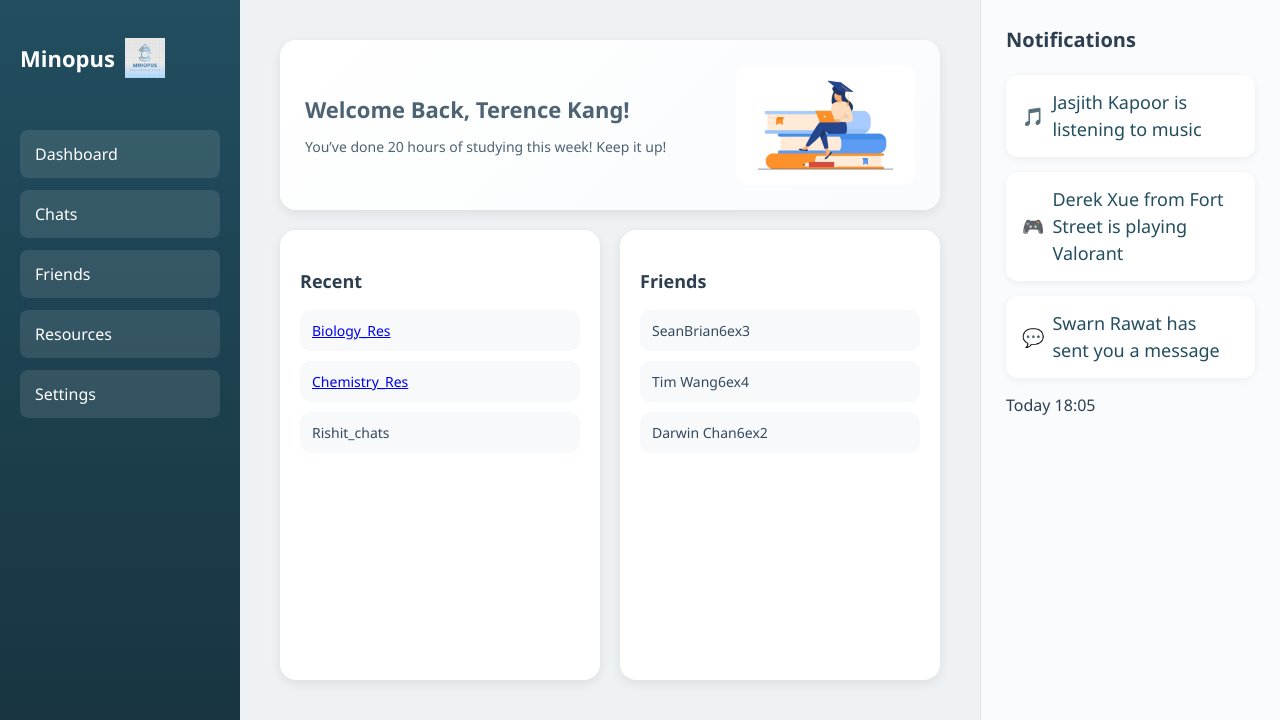
Repository: AUTemmie/Assessment-Task-3
Page: http://localhost/
The author's editor kept a copy of each file at every save. The page is drawn from the files as they stood at one save, then again after the next save.
The browser window is 1280 px wide. The pictures show the whole page.
The page is served by the project's application, run on Flask 3 (main.py).

Above is the page before, as saved 2025-09-25 12:27:47.

After the next save:
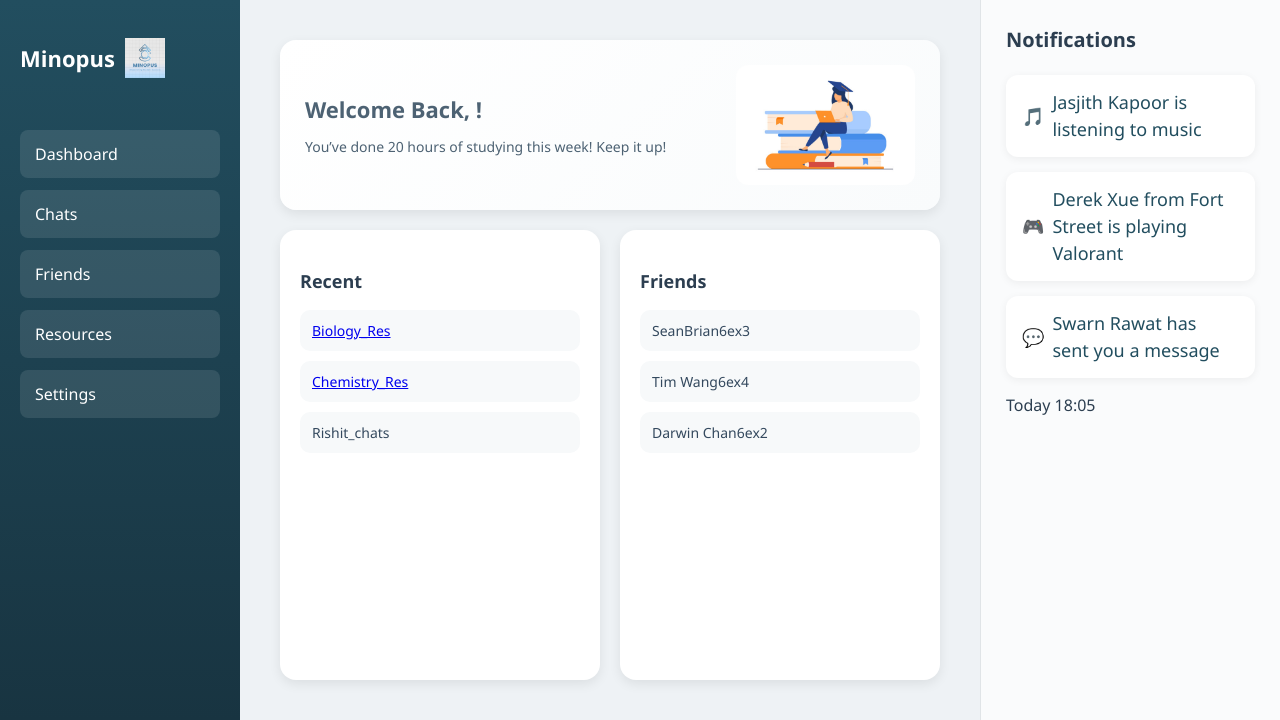
Saved 2 min 8 s later.
--- a/templates/index.html
+++ b/templates/index.html
@@ -1,7 +1,7 @@
 {% extends 'layout.html' %} {% block content %}
 <section class="welcome-card">
   <div>
-    <h2>Welcome Back, Terence Kang!</h2>
+    <h2>Welcome Back, {{ first_name }} {{ last_name }}!</h2>
     <p>You’ve done 20 hours of studying this week! Keep it up!</p>
   </div>
   <img
